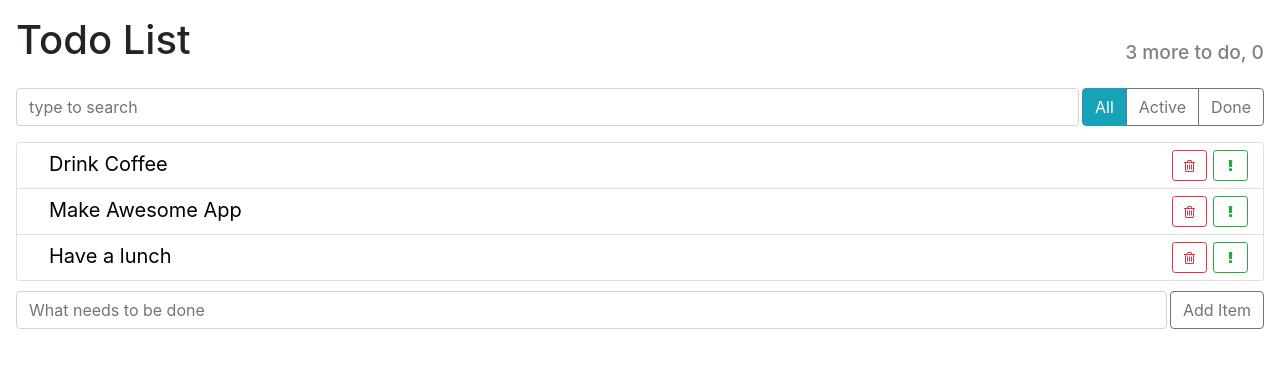
Repository: max535/react-todo-list
Page: /
The author's editor kept a copy of each file at every save. The page is drawn from the files as they stood at one save, then again after the next save.
The browser window is 1280 px wide. The pictures show the whole page.
The project was rebuilt for these pictures with package versions that can differ from the ones it lists, and the page was loaded fresh each time.

Above is the page before, as saved 2022-01-22 19:54:14.

After the next save:
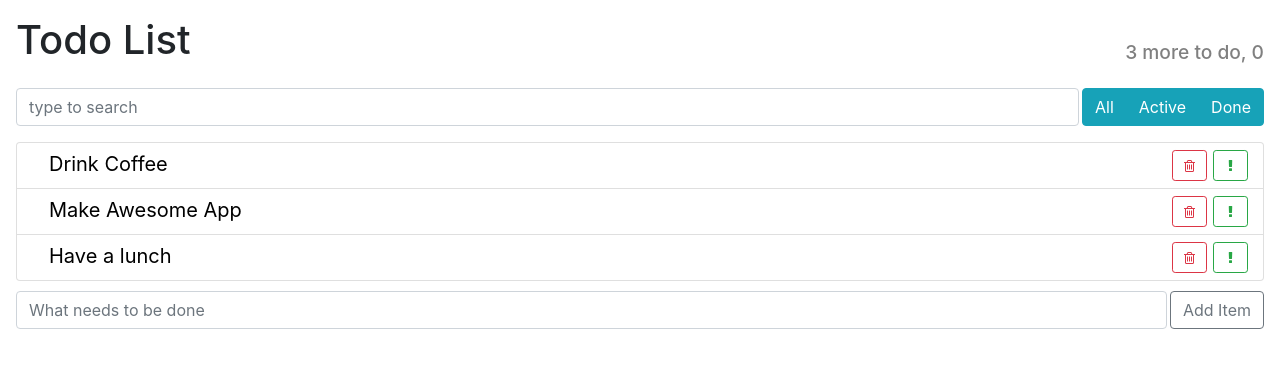
Saved 28 s later.
--- a/src/components/ItemStatusFilter/index.jsx
+++ b/src/components/ItemStatusFilter/index.jsx
@@ -23,12 +23,7 @@ export class ItemStatusFilter extends React.Component {
 
         return (
             <div className="btn-group">
-                <button type="button"
-                        className="btn btn-info">All</button>
-                <button type="button"
-                        className="btn btn-outline-secondary">Active</button>
-                <button type="button"
-                        className="btn btn-outline-secondary">Done</button>
+                {buttons}
             </div>
         );
     }
